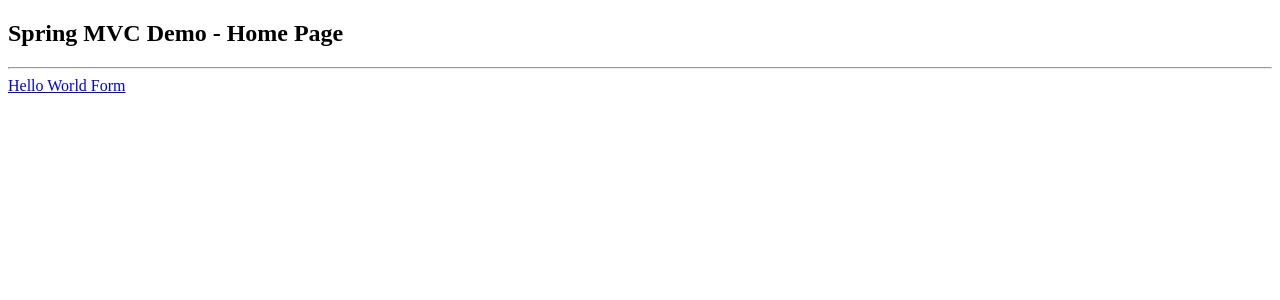
Repository: sianage/SpringHibernateProject
Page: http://localhost/spring-mvc-demo/
These files come from the project's save history. The page is drawn as it stood at one moment and after the next save; the edit follows.
The browser window is 1280 px wide. The pictures show the whole page.
The page is served by Tomcat 9. Other server files are loaded and not shown.

Above is the page before, as saved 2022-09-05 17:20:58.

### spring-mvc-demo/WebContent/WEB-INF/view/main-menu.jsp
<!-- Step 5 - develop view page -->
<!DOCTYPE html>
<html>

<body>

<h2>Spring MVC Demo - Home Page</h2>

<hr>
<a href="hello/showForm">Hello World Form</a>
</body>

</html>

After the next save:
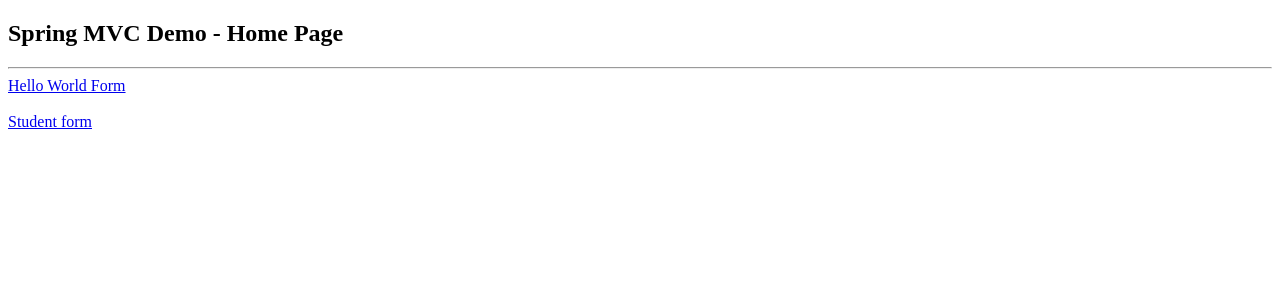
Saved 34 min 7 s later.
--- a/spring-mvc-demo/WebContent/WEB-INF/view/main-menu.jsp
+++ b/spring-mvc-demo/WebContent/WEB-INF/view/main-menu.jsp
@@ -8,6 +8,11 @@
 
 <hr>
 <a href="hello/showForm">Hello World Form</a>
+
+<br><br>
+
+<a href="student/showForm">Student form</a>
+
 </body>
 
 </html>
